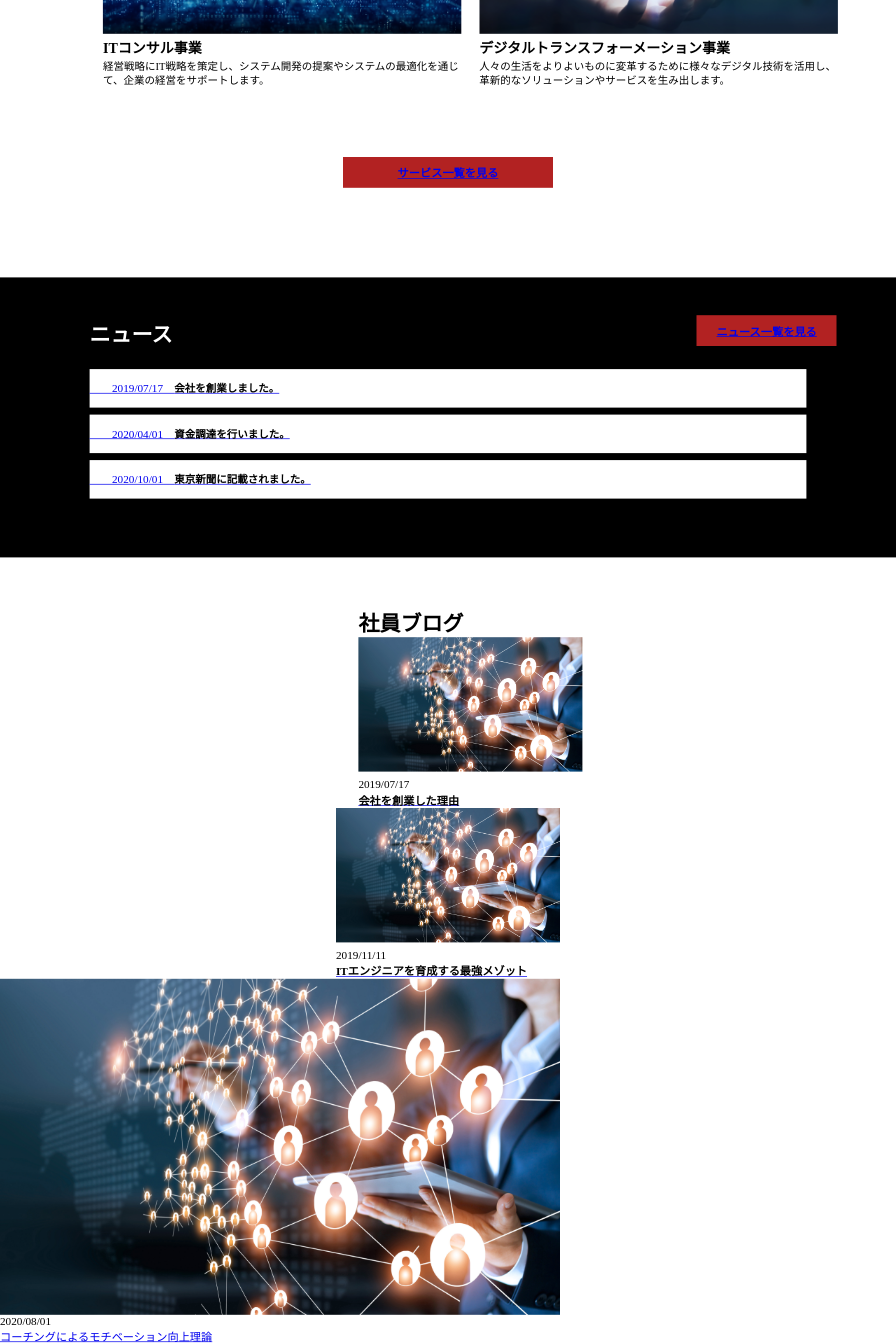
Repository: sigemasaasuka/20211012sigemasa
Page: index.html
The author's editor kept a copy of each file at every save. The page is drawn from the files as they stood at one save, then again after a run of saves.
The browser window is 1280 px wide. The pictures show the part of the page from y = 1616 to 3536 px (the page is 3536 px tall before and 3258 px after), at 70% of full size.

Above is the page before, as saved 2021-10-19 17:57:49.

### index.html
<!DOCTYPE html>
<html lang="ja">

<head>
  <meta charset="UTF-8">
  <meta name="viewport" content="width=device-width, initial-scale=1.0">
  <title>Document</title>

    <link rel="stylesheet" href="css/reset.css">
    <link rel="stylesheet" href="css/index.css">
</head>
<body>
  <header class="header">
    <div class="header-logo">
      <img class="logo" src="img/logo.png" alt="logo">
    </div>
    <nav class="header-nav">
      <ul class="header-nav-list">
        <li class="header-nav-item"><a href="index.html">ホーム</a></li>
        <li class="header-nav-item"><a href="service.html">事業内容</a></li>
        <li class="header-nav-item"><a href="news.html">ニュース</a></li>
        <li class="header-nav-item"><a href="blog.html">社員ブログ</a></li>
        <li class="header-nav-item"><a href="company.html">会社概要</a></li>
        <li class="header-nav-item"><a href="recruit.html">採用情報</a></li>
        <li class="header-nav-item"><a href="contact.html">お問い合わせ</a></li>
      </ul>
    </nav>
  </header>
  <div class="home">
  <div class="home-photo">
    <div class="home-title">
    <p>最新のテクノロジーで社会課題を解決</p>
      <div class="home-title2">
      <p>Solving　issues　with　the　latest　technology</p>
     </div>
    </div>
    </div>
    </div>
    <div class="home-color">
      <div class="hope">
        <p><br><br>株式会社TECHの想い</p>
        <div class="hope2">
          <p>あらゆる産業において、新たなデジタル技術を使ってこれまでにないビジネスモデルを展開する新規参加者が登場し、ゲームチェンジが起ころうとしています。こうした<br>中で、各企業は、競争力維持・強化のために、DXを迅速に進めていくことが求められています。しかし、DXにおいて投資コストは非常にかかります。株式会社TECHでは<br>独自のオペレーションと人材教育により、他社よりも価格を抑えた開発を行います。</p>
        </div>
      </div>
    </div>
    <div class="service">
      <p>サービス</p>
      </div>
      <div class="png1">
      <div class="service1">
        <img  src="img/service1.png"  alt="service1">
        <div class="it">
        <p>IT人材育成事業</p>
        <div class="it2">
        <p>これまでに培った教育手法を生かして、短期間で即戦力のIT人材を育成します。</p>
        </div>
      </div>
      </div>
      <div class="service2">
      <img  src="img/service2.png" alt="service2">
      <div class="coach">
        <p>コーチング事業</p>
        <div class="coach2">
          <p>目標達成を最短で実現するために、プロのコーチによるマンツーマンのサポートを実施します</p>
        </div>
      </div>
      </div>
      </div>
      <div class="png2">
      <div class="service3">
        <img src="img/service3.png" alt="service3">
        <div class="Consultant">
          <p>ITコンサル事業</p>
          <div class="Consultant2">
            <p>経営戦略にIT戦略を策定し、システム開発の提案やシステムの最適化を通じて、企業の経営をサポートします。</p>
          </div>
        </div>
      </div>
      <div class="service4">
        <img src="img/service4.png" alt="service4">
        <div class="formation">
          <p>デジタルトランスフォーメーション事業</p>
          <div class="formation2">
            <p>人々の生活をよりよいものに変革するために様々なデジタル技術を活用し、革新的なソリューションやサービスを生み出します。</p>
          </div>
        </div>
      </div>
      </div>
      <div class="list">
        <a href="service.html">サービス一覧を見る</a>
      </div>
      <div class="news">
        <div class="nesw-list">
          <div class="news-font">
          <p>ニュース</p></div>
          <div class="news-button">
            <a href="news.html">ニュース一覧を見る</a>
          </div>
        </div>
        <div class="news-info1">
          <a href="index.html">　　2019/07/17　<span class="co">会社を創業しました。</span></a></div>
          <div class="news-info2">
          <a href="index.html">　　2020/04/01　<span class="fund">資金調達を行いました。</span></a></div>
          <div class="news-info3">
          <a href="index.html">　　2020/10/01　<span class="newspaper">東京新聞に記載されました。</span></a></div>
      </div>
      <div class="blog">
        <p>社員ブログ</p>
        </div>
        <div class="reason">
        <div class="reason-png">
          <a href="index.html">
            <img src="img/blog.png" alt="blog">
          </a>
          <p class="reason1">2019/07/17</p>
          <a href="index.html"><p class="reason2">会社を創業した理由</p></a>
        </div>
        </div>
        <div class="nurturing">
        <div class="nurturing-png">
          <a href="index.html">
            <img src="img/blog.png" alt="blog">
          </a>
          <p class="nurturing1">2019/11/11</p>
          <a href="index.html">
            <p class="nurturing2">ITエンジニアを育成する最強メゾット</p>
          </a>
        </div>
      </div>
      <div class="coaching">
        <div class="coaching-png">
        <a href="index.html">
          <img src="img/blog.png" alt="blog">
        </a>
        <p class="coaching1">2020/08/01</p>
        <a href="index.html">
          <p class="coaching2">コーチングによるモチベーション向上理論</p>
        </a>
        </div>
        </div>


<script src="js/main.js"></script>
</body>
</html>

### css/reset.css
@charset "UTF-8";
html, body, div, span, applet, object, iframe,
h1, h2, h3, h4, h5, h6, p, blockquote, pre,
a, abbr, acronym, address, big, cite, code,
del, dfn, em, img, ins, kbd, q, s, samp,
small, strike, strong, sub, sup, tt, var,
b, u, i, center,
dl, dt, dd, ol, ul, li,
fieldset, form, label, legend,
table, caption, tbody, tfoot, thead, tr, th, td,
article, aside, canvas, details, embed,
figure, figcaption, footer, header, hgroup,
menu, nav, output, ruby, section, summary,
time, mark, audio, video {
margin: 0;
padding: 0;
border: none;
font-style: normal;
text-align: left;
zoom: 1;
}
article, aside, details, figcaption, figure,
footer, header, hgroup, menu, nav, section {
display: block;
}
table {
border-collapse: collapse;
font-family: inherit;
}
h1,h2,h3,h4,h5 {
font-size: 100%;
font-weight: normal;
line-height: 1;
}
input,textarea,select {
font-family: inherit;
font-size: 16px;
}
input[type="button"],input[type="text"],input[type="submit"] {
 -webkit-appearance: none;
 border-radius: 0;
}
textarea {
resize: none;
-webkit-appearance: none;
border-radius: 0;
}
th,td {
border-collapse: collapse;
}
table th,table td {
white-space: nowrap;
}
ul,ol {
list-style-type: none;
}
img {
vertical-align: text-bottom;
vertical-align: -webkit-baseline-middle;
max-width: 100%;
height: auto;
width /***/:auto;
}

### css/index.css
.logo {
  text-decoration: none;
  color: inherit;
  width: 50%;
}
.header {
  width: 100%;
  display: flex;
  justify-content: space-between;
  align-items: center;
  height: 70px;
  padding: 0 30px;
  position: fixed;
  box-sizing: border-box;
  background-color: #fff;
  color: #000;
}

.a {
  text-decoration: none;
}

.header-ttl {
  font-size: 24px;
  width: 80px;
}

.header-nav-list {
  display: flex;
  font-weight: bold;
}

.header-nav-item:not(:last-child) {
  margin-right: 30px;
}

.home-photo {
  position: relative;
  padding-top: calc(250 / 683 * 100%); /* calc(画像高さ ÷ 画像横幅 × 100%) */
  background: url(../img/mv.png) center center / cover no-repeat;
}

.home-title {
  display: flex;
  flex-direction: column;
  position: absolute;
  font-size: 50px;
  margin-left: 20%;
  top: 40%;
  font-weight: bolder;
  color: #fff;
}

.home-title2 {
  display: flex;
  position: absolute;
  font-size: 20px;
  margin-top: 45px;
  margin-left: 23%;
  top: 40%;
  font-weight: bold;
  color: #fff;
}

.home-color {
  background-color: #000;
  height: 300px;
}

.hope {
  top: 30%;
  display: flex;
  flex-direction: column;
  font-weight: bolder;
  font-size: 30px;
  margin-left: 10%;
  color: #fff;
}

.hope2 {
  display: flex;
  font-size: 15px;
  margin-top: 20px;
  font-weight: normal;
  color: #fff;
}

.service {
  margin-top: 5%;
  margin-left: 45%;
  font-size: 35px;
  font-weight: bolder;
}

.png1 {
  display: flex;
  justify-content: center;
}

.service1 {
  margin-top: 5%;
  margin-left: 5%;
  width: 40%;
}

.it {
  margin-top: 1%;
  font-size: 20px;
  font-weight: bolder;
}

.it2 {
  font-size: 15px;
  font-weight: normal;
}

.service2 {
  margin-top: 3%;
  margin-left: 2%;
  width: 40%;
}

.coach {
  margin-top: 1%;
  font-size: 20px;
  font-weight: bolder;
}

.coach2 {
  font-size: 15px;
  font-weight: normal;
}

.png2 {
  display: flex;
  justify-content: center;
}

.service3 {
  margin-top: 2%;
  margin-left: 5%;
  width: 40%;
}

.Consultant {
  margin-top: 1%;
  font-size: 20px;
  font-weight: bolder;
}

.Consultant2 {
  font-size: 15px;
  font-weight: normal;
}

.service4 {
  margin-top: 2%;
  margin-left: 2%;
  width: 40%;
}

.formation {
  margin-top: 1%;
  font-size: 20px;
  font-weight: bolder;
}

.formation2 {
  font-size: 15px;
  font-weight: normal;
}

.list {
  width: 300px;
  padding: 10px 0;
  color: #fff;
  font-weight: bold;
  background: #b22222;
  text-align: center;
  margin: 100px auto 0;
  display: block;
}

.news {
  margin-top: 10%;
  background-color: #000;
  height: 400px;
}

.nesw-list {
  margin-left: 10%;
  display: flex;
  justify-content: flex-start;
  align-items: center;
}

.news-font {
  font-weight: bold;
  font-size: 30px;
  color: #fff;
  margin-top: 5%;
}

.news-button {
  color: #fff;
  margin-top: 50px;
  margin-left: 65%;
  width: 200px;
  padding: 10px 0;
  font-weight: bold;
  background: #b22222;
  text-align: center;
  display: block;
}

.news-info1 {
  margin-top: 30px;
  margin-left: 10%;
  width: 80%;
  height: 35px;
  padding: 10px 0;
  background: #fff;
  line-height: 35px;
  display: block;
  color: #000;
}
.co {
  font-size: 15px;
  font-weight: bold;
  color: #000;
}

.news-info2 {
  margin-top: 10px;
  margin-left: 10%;
  width: 80%;
  height: 35px;
  padding: 10px 0;
  background: #fff;
  line-height: 35px;
  display: block;
  color: #000;
}
.fund {
  font-size: 15px;
  font-weight: bold;
  color: #000;
}

.news-info3 {
  margin-top: 10px;
  margin-left: 10%;
  width: 80%;
  height: 35px;
  padding: 10px 0;
  background: #fff;
  line-height: 35px;
  display: block;
  color: #000;
}
.newspaper {
  font-size: 15px;
  font-weight: bold;
  color: #000;
}

.blog {
  margin-top: 70px;
  margin-left: 40%;
  font-size: 30px;
  font-weight: bolder;
}

.reason {
  display: flex;
  justify-content: center;
}
.reason-png {
  width: 25%;
  margin-left: 5%;
}

.reason1 {
  margin-top: 10px;
  color: #000;
}

.reason2 {
  font-weight: bolder;
  color: #000;
}

.nurturing {
  display: flex;
  justify-content: center;
}
.nurturing-png {
  width: 25%;


.nurturing1 {
  margin-top: 10px;
  color: #000;
}

.nurturing2 {
  font-weight: bolder;
  color: #000;
}

.coaching {
  display: flex;
  justify-content: center;
}

.coaching-png {
  width: 25%;
  margin-left: 5%;
}

.coaching1 {
  margin-top: 10px;
  color: #000;
}

.coaching2 {
  font-weight: bolder;
  color: #000;
}

Loaded but not shown: js/main.js (no stored copy; drawn as an empty file)

After the next 2 saves:
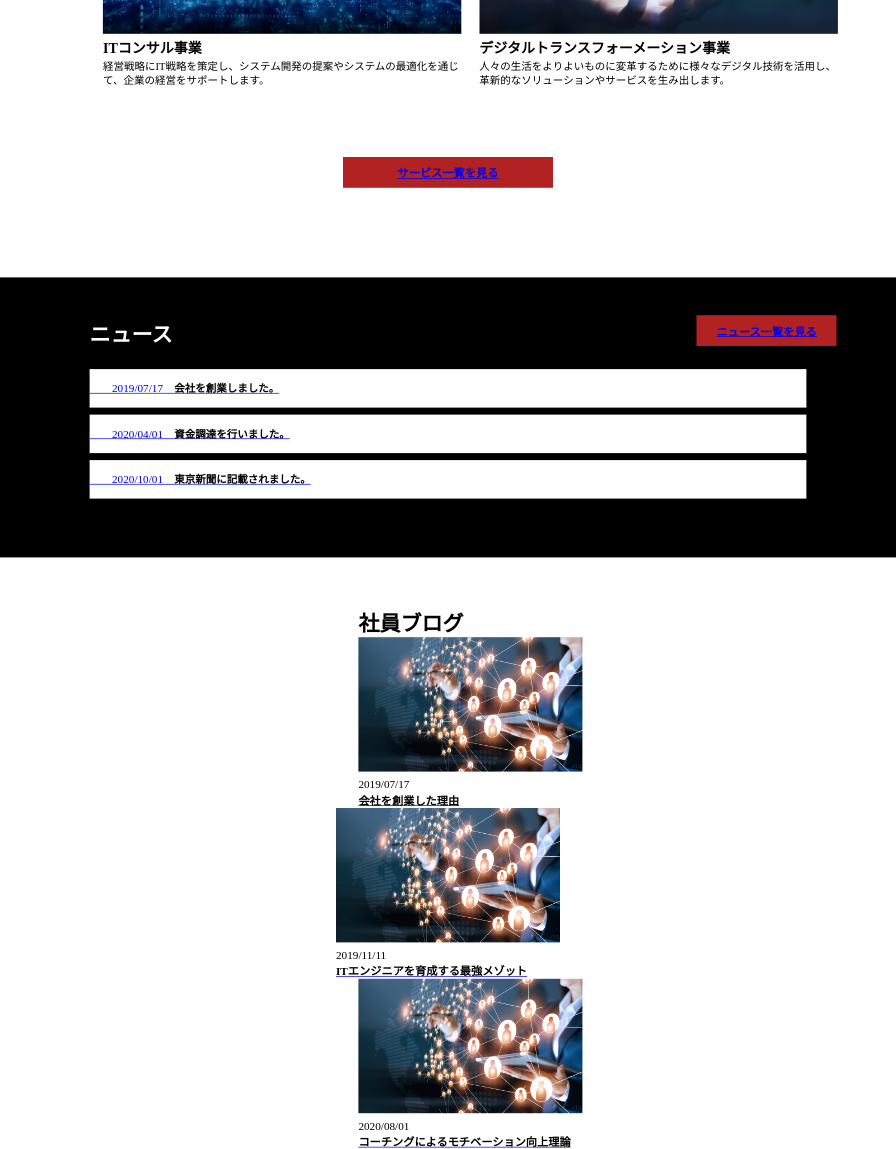
The 2 saves are shown as one change because they came seconds apart.
The last was saved 8 s later.
--- a/css/index.css
+++ b/css/index.css
@@ -297,6 +297,7 @@
 .nurturing-png {
   width: 25%;
 
+}
 
 .nurturing1 {
   margin-top: 10px;
